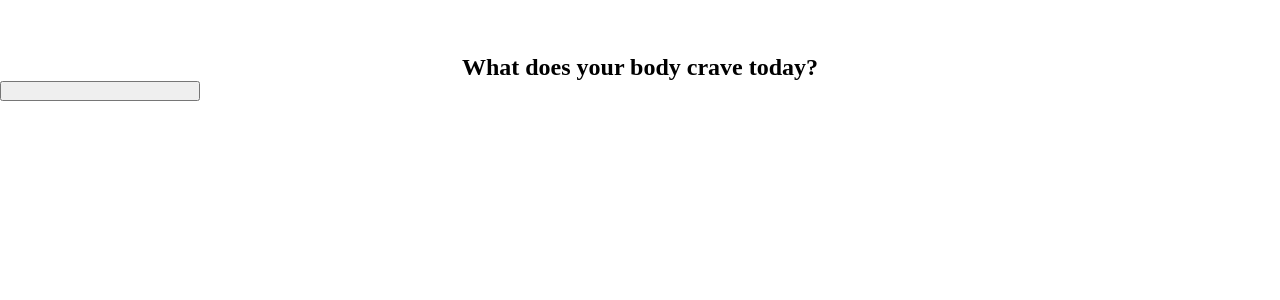
Repository: karim0829/Bella-Oter-Project
Page: index.html
An editor plug-in stored every save of this project. The page is shown before and after the next save, followed by the edit.
The browser window is 1280 px wide. The pictures show the whole page.

Above is the page before, as saved 2025-06-30 19:14:33.

### index.html
<!DOCTYPE html>
<html lang="en">
<head>
    <meta charset="UTF-8">
    <meta name="viewport" content="width=device-width, initial-scale=1.0">
    <title>Bella Oter</title>
    <link rel="stylesheet" href = "style.css">
</head>
<body>
    <br>
    <br>
    <br>
    <form>
        <label><h1>What does your body crave today?</h1></label>
        <button type = 'submit' id = 'grounding' name='grounding'>
    </form>
</body>
</html>

### style.css

* {
    padding:0;
    margin:0;

}

form h1 {
    font-size:24px;
    text-align: center;
}

form button {
    margin: 0 auto;
    text-align: center;
    width:200px;
    height:20px;

}

After the next save:
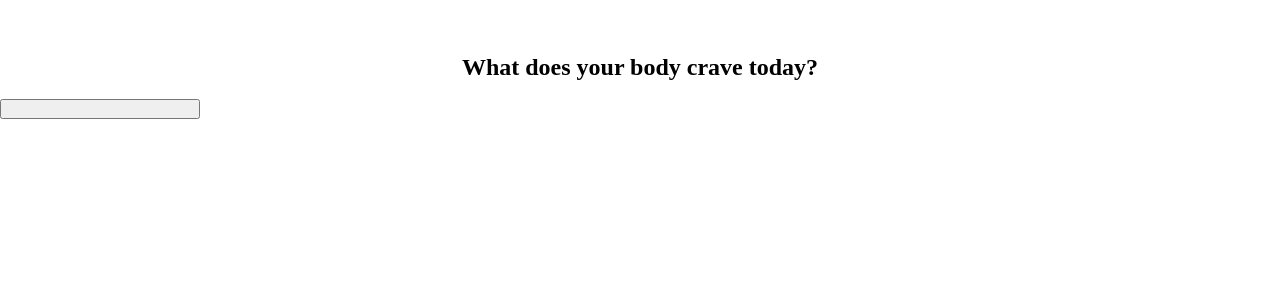
Saved 10 s later.
--- a/index.html
+++ b/index.html
@@ -11,7 +11,7 @@
     <br>
     <br>
     <form>
-        <label><h1>What does your body crave today?</h1></label>
+        <label><h1>What does your body crave today?</h1></label><br>
         <button type = 'submit' id = 'grounding' name='grounding'>
     </form>
 </body>
